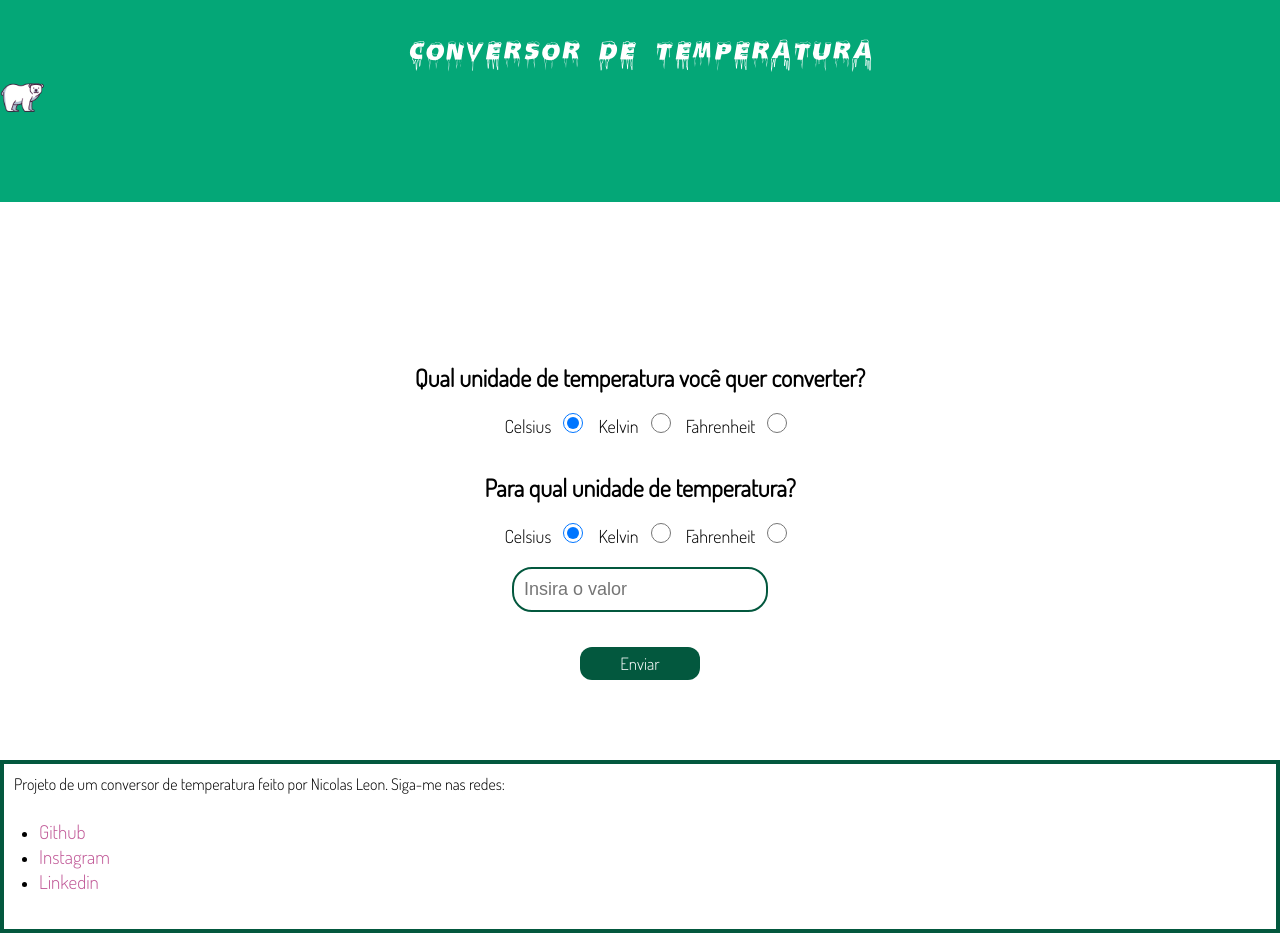
Repository: Leonngc/Conversor-de-temperatura
Page: index.html
These files come from the project's save history. The page is drawn as it stood at one moment and after the next save; the edit follows.
The browser window is 1280 px wide. The pictures show the whole page.
Some icons come from a web library that is not loaded, so they are not drawn.

Above is the page before, as saved 2023-02-12 01:32:03.
Not found: styles/

After the next save:
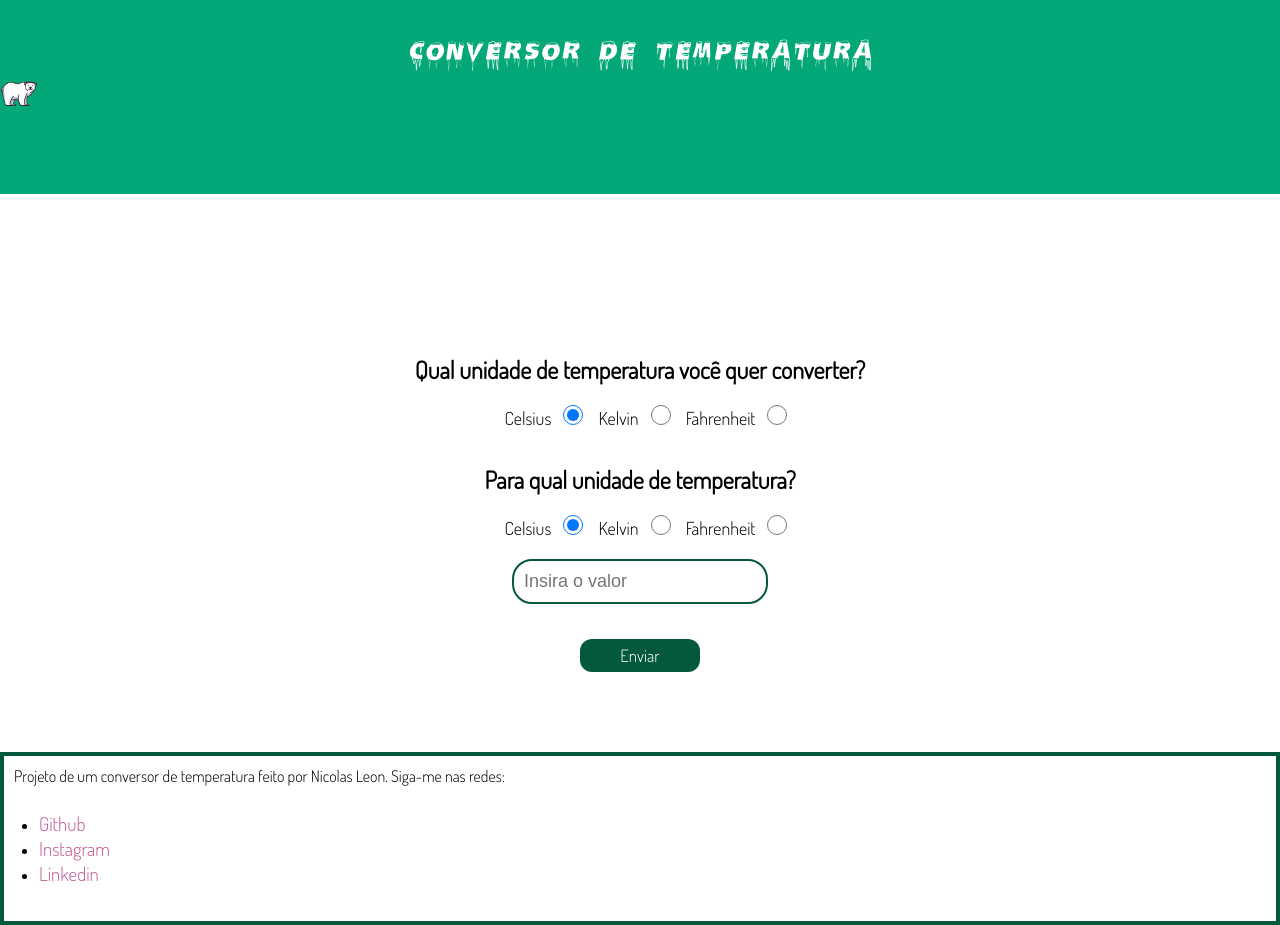
Saved 5 s later.
--- a/index.html
+++ b/index.html
@@ -6,7 +6,7 @@
     <meta name="viewport" content="width=device-width, initial-scale=1.0">
     <link rel='stylesheet' href='https://cdn-uicons.flaticon.com/uicons-bold-straight/css/uicons-bold-straight.css'> <link rel='stylesheet' href='https://cdn-uicons.flaticon.com/uicons-brands/css/uicons-brands.css'>
     <link rel="stylesheet" href="styles/style.css">
-    <link rel="stylesheet" href="styles/">
+    <link rel="stylesheet" href="styles/header.css">
     <script src="scripts/menu.js" defer></script>
     <script src="scripts/index.js" defer></script>
     <title>Conversor de temperatura</title>
